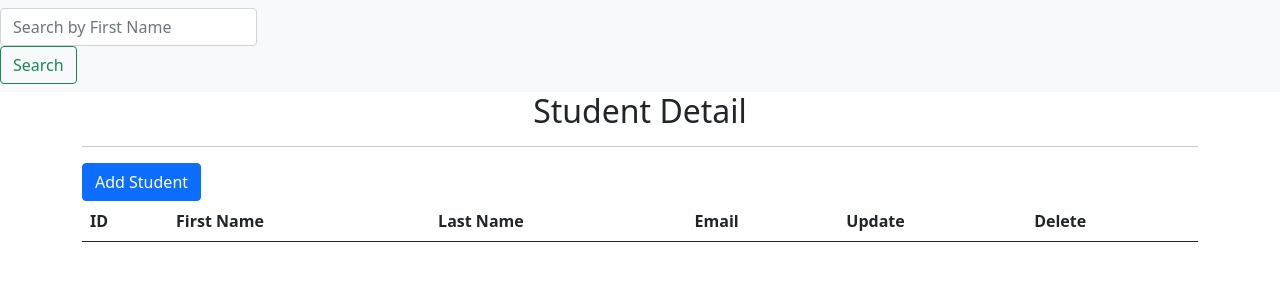
Repository: SuyashAwasthy/Javaee
Page: http://localhost/11-student-mvc-db/StudentController
An editor plug-in stored every save of this project. The page is shown before and after the next save, followed by the edit.
The browser window is 1280 px wide. The pictures show the whole page.
The page is served by Tomcat 9. Queries for data that is not in the repository find no rows.

Above is the page before, as saved 2024-07-19 12:35:09.

After the next save:
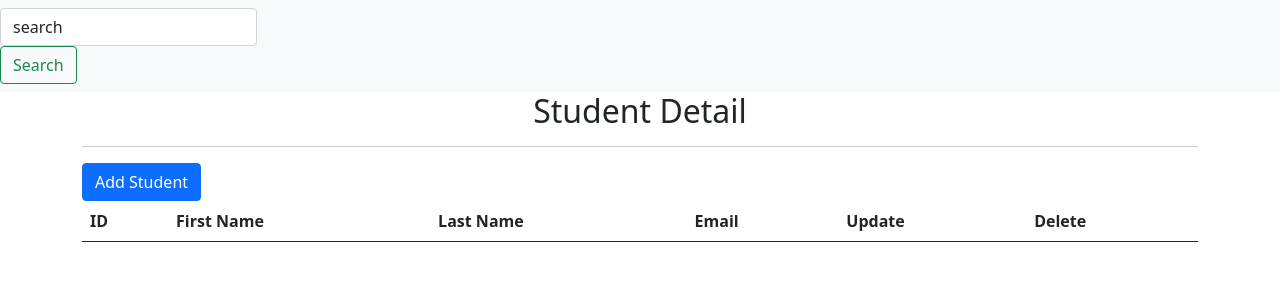
Saved 2 min 52 s later.
--- a/11-student-mvc-db/WebContent/list-student.jsp
+++ b/11-student-mvc-db/WebContent/list-student.jsp
@@ -23,7 +23,7 @@
 <div class="margin-5">
 <nav class="navbar navbar-light bg-light justify-content-between">
   <form class="form-inline" action="StudentController" method="get">
-    <input class="form-control mr-sm-2" type="search" placeholder="Search by First Name" aria-label="Search" name="search">
+    <input class="form-control mr-sm-2" type="search" placeholder="Search by First Name" aria-label="Search" name="command" value="search">
     <button class="btn btn-outline-success my-2 my-sm-0" type="submit">Search</button>
   </form>
 </nav>

After the 3 saves that followed:
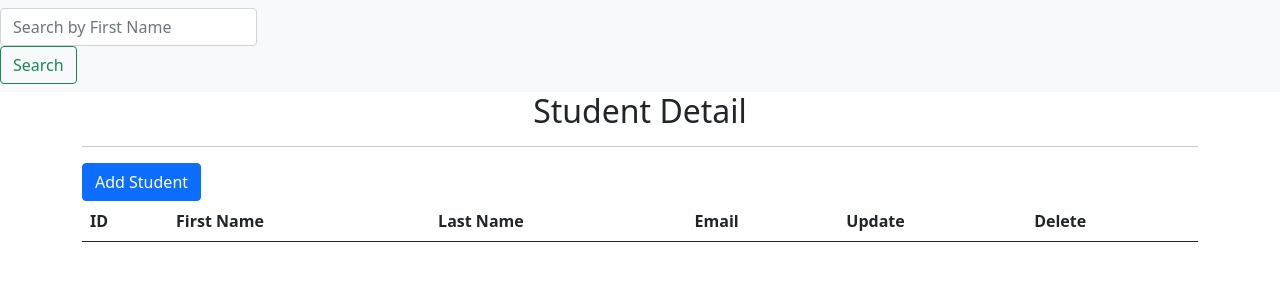
The 3 saves are shown as one change because 2 left the picture as it was.
The last was saved 4 min 19 s later.
--- a/11-student-mvc-db/WebContent/list-student.jsp
+++ b/11-student-mvc-db/WebContent/list-student.jsp
@@ -23,7 +23,8 @@
 <div class="margin-5">
 <nav class="navbar navbar-light bg-light justify-content-between">
   <form class="form-inline" action="StudentController" method="get">
-    <input class="form-control mr-sm-2" type="search" placeholder="Search by First Name" aria-label="Search" name="command" value="search">
+  	<input name="command" value="search" type="hidden"/>
+    <input class="form-control mr-sm-2" type="search" placeholder="Search by First Name" aria-label="Search" name="first_name"/>
     <button class="btn btn-outline-success my-2 my-sm-0" type="submit">Search</button>
   </form>
 </nav>
